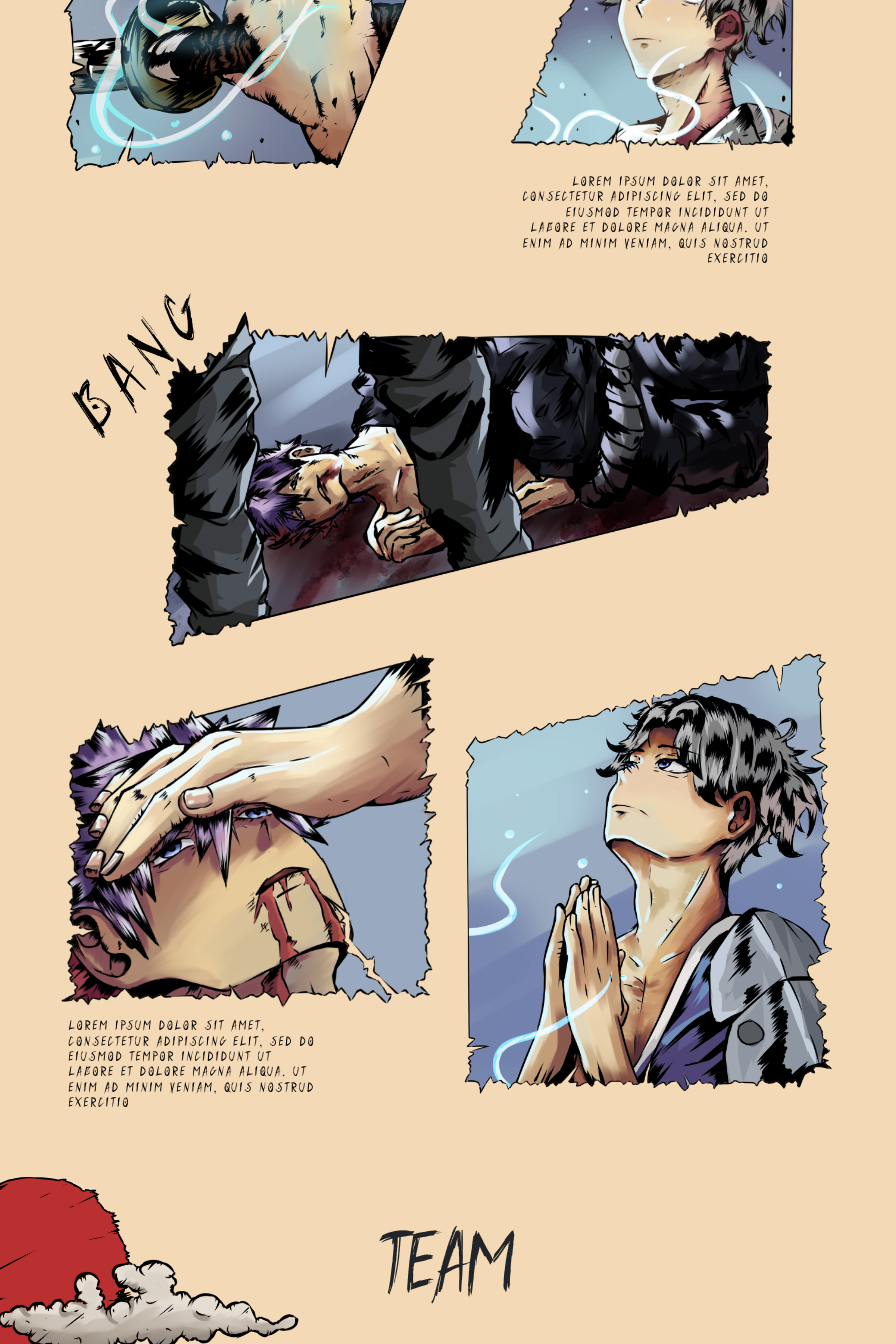
Repository: abzStudio/Kabuto-Web-notCompeleted
Page: index.html
The author's editor kept a copy of each file at every save. The page is drawn from the files as they stood at one save, then again after the next save.
The browser window is 1280 px wide. The pictures show the part of the page from y = 1282 to 3202 px (the page is 4609 px tall before and 4705 px after), at 70% of full size.
Some web libraries are served in a nearby version.

Above is the page before, as saved 2023-03-13 21:15:17.

After the next save:
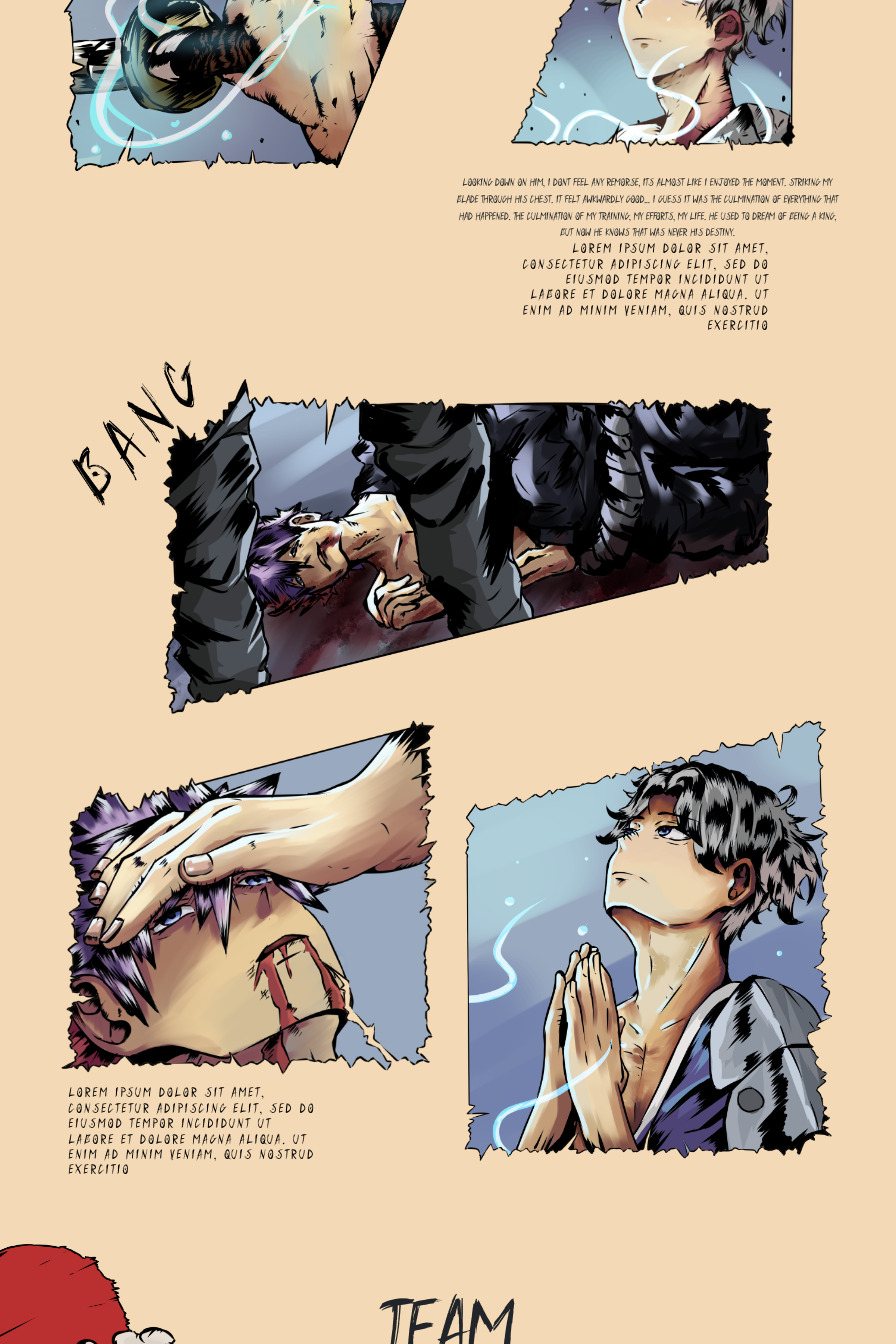
Saved 2 days later.
--- a/index.html
+++ b/index.html
@@ -79,6 +79,7 @@
             <div class="col-md-6 story_img">
                 <img src="asset/images/story_2.png" class="story_two" alt="Story two">
               <div class="div_text">
+                Looking down on him, I dont feel any remorse, its almost like I enjoyed the moment. Striking my blade through his chest. It felt awkwardly good... I guess it was the culmination of everything that had happened. The culmination of my training, my efforts, my life.  He used to dream of being a king, but now he knows that was never his destiny.
                 <p class="text_p">Lorem ipsum dolor sit amet, <br/> consectetur adipiscing elit, sed do <br/> eiusmod tempor incididunt ut <br/> labore et dolore magna aliqua. Ut<br/>
                      enim ad minim veniam, quis nostrud <br/>exercitio</p>
 </div>
@@ -135,7 +136,7 @@
                   </div>
                   <div class="content">
                     <div class="contentset">
-                      <a href="https://twitter.com/TRomail" target="_blank" rel="noopener noreferrer">        <h2>Budgay</h2> </a>
+                      <a href="https://twitter.com/TRomail" target="_blank" rel="noopener noreferrer">        <h2>Budguy</h2> </a>
                       <p>Co-Founder</p>
                     </div>
                   </div>
